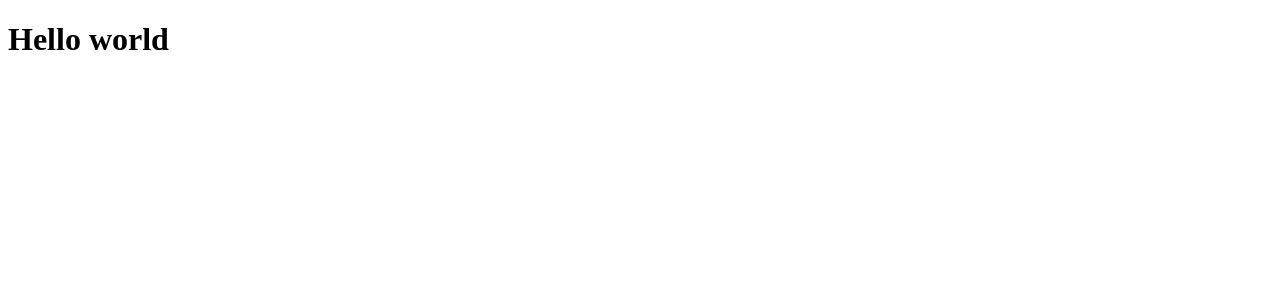
Repository: JoseGu1llardi/coffee-delivery
Page: /order
The author's editor kept a copy of each file at every save. The page is drawn from the files as they stood at one save, then again after the next save.
The browser window is 1280 px wide. The pictures show the whole page.
The project was rebuilt for these pictures with package versions that can differ from the ones it lists, and the page was loaded fresh each time. Also part of the build but not shown: vite.config.ts.

Above is the page before, as saved 2023-04-15 12:11:12.

After the next save:
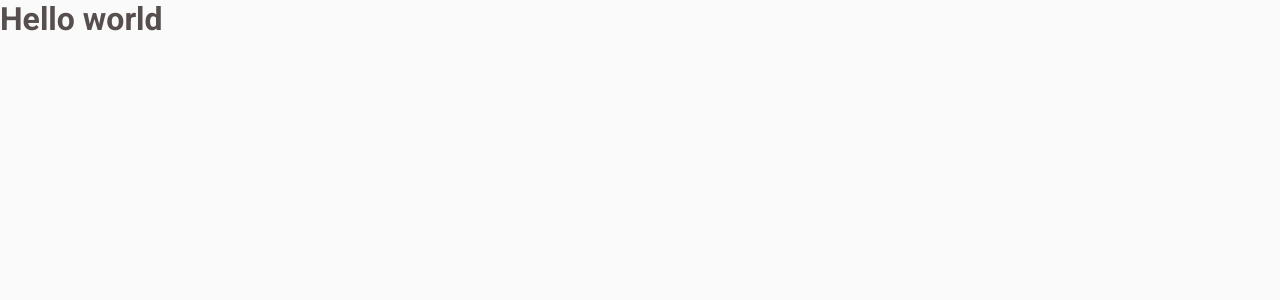
Saved 60 s later.
--- a/src/App.tsx
+++ b/src/App.tsx
@@ -1,9 +1,11 @@
 import { ThemeProvider } from 'styled-components';
 import { defaultTheme } from './styles/themes/defaultTheme';
+import { GlobalStyle } from './styles/global';
 
 function App() {
   return (
     <ThemeProvider theme={defaultTheme}>
+      <GlobalStyle />
       <div>
         <h1>Hello world</h1>
       </div>
